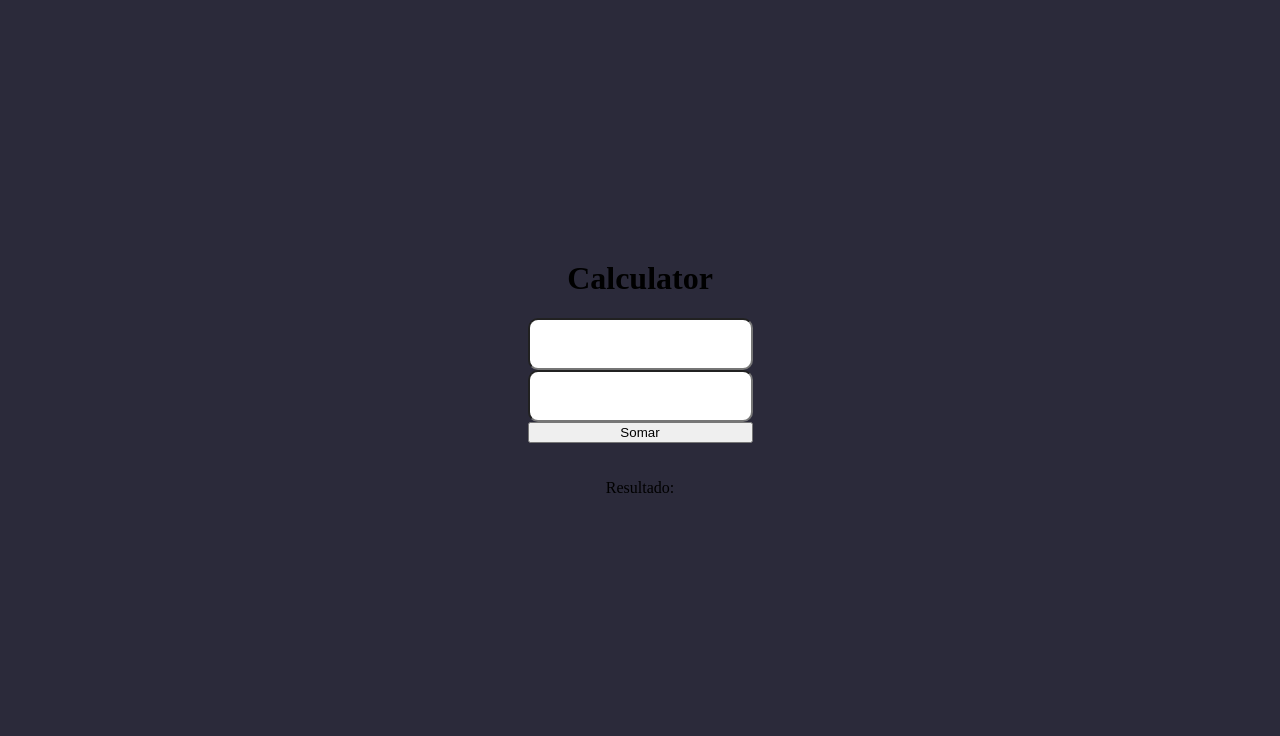
Repository: MilenaMelo/test-calculator-selenium
Page: calculadora.html
The author's editor kept a copy of each file at every save. The page is drawn from the files as they stood at one save, then again after the next save.
The browser window is 1280 px wide. The pictures show the whole page.

Above is the page before, as saved 2021-04-29 16:51:57.

### calculadora.html
<!DOCTYPE html>
<html lang="pt" xmlns="http://www.w3.org/1999/xhtml">
    <head>
        <link rel="stylesheet" href="style.css">
        <meta charset="UTF-8">
        <title>Calculator</title>
    </head>
    <body>
        <h1>Calculator</h1>
        <input type='number' id="one" name="one" value=''>
        <input type='number' id="two" name="two" value=''>
        <button id="soma" onclick="soma()"> Somar </button>
        <br />
        <br />
        Resultado:
        <span id="result"></span>

        <script type="text/javascript">
            var result = 0;
            function soma (event) {
                let one = document.querySelector('#one').value;
                let two = document.querySelector('#two').value;
                result = Number(one) + Number(two);

                document.querySelector('#result').innerHTML = result;
            }
        </script>
    </body>
</html>

### style.css
body {
    height: 100vh;
    display: grid;
    place-content: center;
    text-align: center;
    background-color: #2B2A3A;
}

input {
    height: 52px;
    box-sizing: border-box;
    border-radius: 10px;
    padding: 0 20px 0 20px;
    font-size: 14px;
    color: #545454;
}

After the next save:
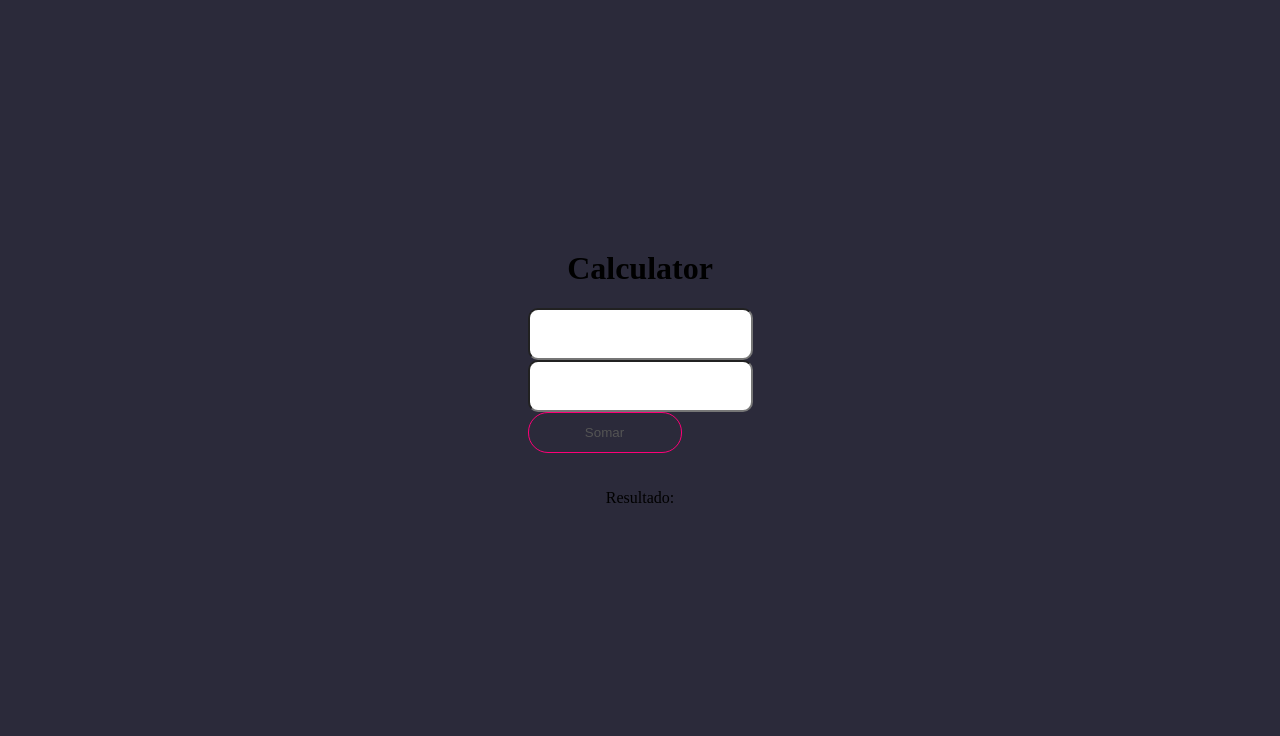
Saved 29 s later.
--- a/style.css
+++ b/style.css
@@ -14,3 +14,14 @@ input {
     font-size: 14px;
     color: #545454;
 }
+
+button {
+    width: 154px;
+    margin-right: 24px;
+    border: 1px solid #FE0078;
+    box-sizing: border-box;
+    border-radius: 20px;
+    color: #545454;
+    padding: 12px 24px;
+    background-color: transparent;
+}
